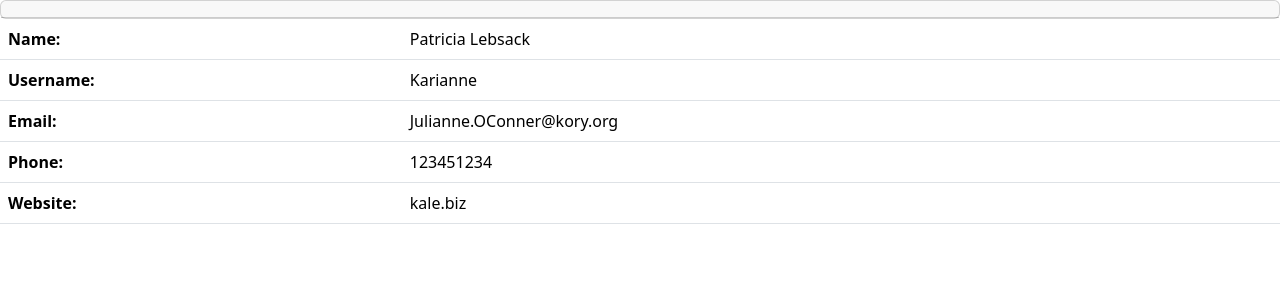
Repository: AyushMahatara/PHP-Simple-CRUD-with-JSON
Page: http://localhost/user/view.php?id=4
The author's editor kept a copy of each file at every save. The page is drawn from the files as they stood at one save, then again after the next save.
The browser window is 1280 px wide. The pictures show the whole page.
The page is run by PHP 8.4 with error messages shown; the project is at /var/www/html/.

Above is the page before, as saved 2024-03-20 16:25:55.

### user/view.php
<?php
include '../partials/header.php';
require './users.php';

if (!isset($_GET['id'])) {
    include "../partials/not_found.php";
    exit;
}

$userId = $_GET['id'];

$user = getUserById($userId);

if (!$user) {
    include "../partials/not_found.php";

    exit;
}
?>


<div class="card">
    <div class="card-header">

    </div>
</div>

<table class="table">
    <tbody>
        <tr>
            <th>Name:</th>
            <td><?php echo $user['name'] ?></td>
        </tr>
        <tr>
            <th>Username:</th>
            <td><?php echo $user['username'] ?></td>
        </tr>
        <tr>
            <th>Email:</th>
            <td><?php echo $user['email'] ?></td>
        </tr>
        <tr>
            <th>Phone:</th>
            <td><?php echo $user['phone'] ?></td>
        </tr>
        <tr>
            <th>Website:</th>
            <td><?php echo $user['website'] ?></td>
        </tr>
    </tbody>
</table>


<?php
include '../partials/footer.php';
?>

### partials/header.php
<!DOCTYPE html>
<html lang="en">

<head>
    <meta charset="UTF-8">
    <meta name="viewport" content="width=device-width, initial-scale=1.0">
    <link href="https://cdn.jsdelivr.net/npm/bootstrap@5.3.3/dist/css/bootstrap.min.css" rel="stylesheet" integrity="sha384-QWTKZyjpPEjISv5WaRU9OFeRpok6YctnYmDr5pNlyT2bRjXh0JMhjY6hW+ALEwIH" crossorigin="anonymous">
    <title>Document</title>
</head>

<body>

### user/users.php
<?php

function getUsers()
{
    return json_decode(file_get_contents('./users.json'), true);

    // echo '<pre>';
    // var_dump($users);
    // echo '<pre>';
}


function getUserById($id)
{
    $users = getUsers();
    foreach ($users as $user) {
        if ($user['id'] == $id) {
            return $user;
        }
    }
    return null;
}


function createUser($data)
{
}


function updateUser($data, $id)
{
}

function deleteUser($id)
{
}

### user/users.json
[
  {
    "id": 4,
    "name": "Patricia Lebsack",
    "username": "Karianne",
    "email": "Julianne.OConner@kory.org",
    "phone": "123451234",
    "website": "kale.biz",
    "extension": "jpg"
  },
  {
    "id": 5,
    "name": "Chelsey Dietrich",
    "username": "Kamren",
    "email": "Lucio_Hettinger@annie.ca",
    "phone": "453218563",
    "website": "demarco.info",
    "extension": "jpg"
  },
  {
    "id": 6,
    "name": "Mrs. Dennis Schulist",
    "username": "Leopoldo_Corkery",
    "email": "Karley_Dach@jasper.info",
    "phone": "1078412367",
    "website": "ola.org",
    "extension": "jpg"
  },
  {
    "id": 7,
    "name": "Kurtis Weissnat",
    "username": "Elwyn.Skiles",
    "email": "Telly.Hoeger@billy.biz",
    "phone": "210.067.6132",
    "website": "elvis.io"
  },
  {
    "id": 8,
    "name": "Nicholas Runolfsdottir V",
    "username": "Maxime_Nienow",
    "email": "Sherwood@rosamond.me",
    "phone": "586.493.6943 x140",
    "website": "jacynthe.com"
  },
  {
    "id": 9,
    "name": "Glenna Reichert",
    "username": "Delphine",
    "email": "Chaim_McDermott@dana.io",
    "phone": "(775)976-6794 x41206",
    "website": "conrad.com"
  },
  {
    "id": 10,
    "name": "Clementina DuBuque",
    "username": "Moriah.Stanton",
    "email": "Rey.Padberg@karina.biz",
    "phone": "024-648-3804",
    "website": "ambrose.net"
  },
  {
    "name": "John Doe",
    "username": "john22",
    "email": "",
    "phone": "12345",
    "website": "",
    "id": 1879571,
    "extension": "jpg"
  }
]

### partials/footer.php
</body>

<script src="https://cdn.jsdelivr.net/npm/bootstrap@5.3.3/dist/js/bootstrap.bundle.min.js" integrity="sha384-YvpcrYf0tY3lHB60NNkmXc5s9fDVZLESaAA55NDzOxhy9GkcIdslK1eN7N6jIeHz" crossorigin="anonymous"></script>


</html>

After the next save:
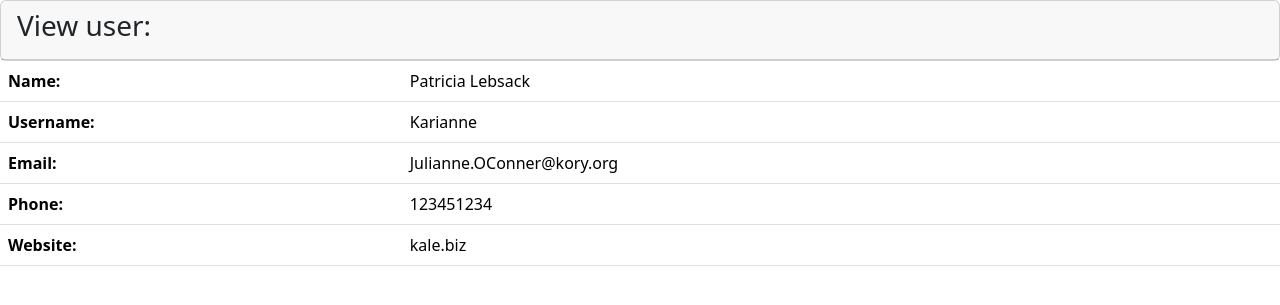
Saved 29 s later.
--- a/user/view.php
+++ b/user/view.php
@@ -21,7 +21,7 @@ if (!$user) {
 
 <div class="card">
     <div class="card-header">
-
+        <h3>View user: <?php  ?></h3>
     </div>
 </div>
 
